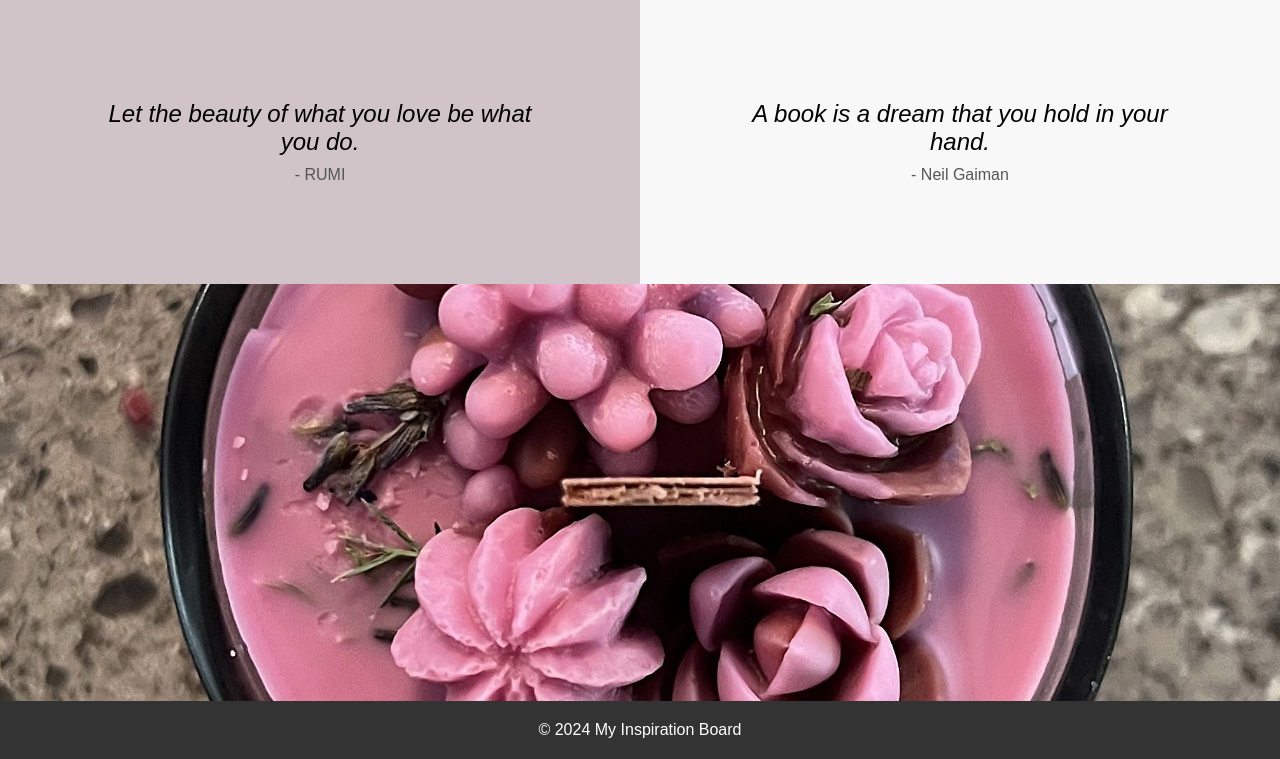
Repository: Brittany-Westlund/MART341-WebDesign
Page: WebDesignHomework/Assignment10/index.html
The author's editor kept a copy of each file at every save. The page is drawn from the files as they stood at one save, then again after the next save.
The browser window is 1280 px wide. The pictures show the part of the page from y = 538 to 1297 px (the page is 1297 px tall before and 1277 px after).

Above is the page before, as saved 2024-10-27 22:33:29.

### WebDesignHomework/Assignment10/index.html
<!DOCTYPE html>
<html lang="en">
<head>
    <meta charset="UTF-8">
    <meta name="viewport" content="width=device-width, initial-scale=1.0">
    <title>My Inspiration Board</title>
    <link rel="stylesheet" href="style/style.css">
</head>
<body>
    <nav>
        <ul>
            <li><a href="contact.html">CONTACT</a></li>
            <li><a href="index.html">INSPIRATION</a></li>
            <li><a href="about.html">ABOUT</a></li>
        </ul>
    </nav>


    <div class="banner">INSPIRATION</div>

<!-- Full-width video section -->
<div>
    <video class="full-width-video" autoplay muted loop>
        <source src="videos/journaling-video.mp4" type="video/mp4">
        Your browser does not support the video tag.
    </video>
</div>

    <div class="two-column-block">
        <div class="left-section">
            <blockquote>Let the beauty of what you love be what you do.</blockquote>
            <p id="quote-author">- RUMI</p>
        </div>
        <div class="right-section">
            <blockquote>A book is a dream that you hold in your hand.</blockquote>
            <p id="quote-author">- Neil Gaiman</p>
        </div>
    </div>

    <!-- Full-width image section -->
    <div>
        <img class="banner-image" src="images/succulent_candle_topview_banner.jpg">
    </div>

    <footer>
        &copy; 2024 My Inspiration Board
    </footer>
</body>
</html>

### WebDesignHomework/Assignment10/style/style.css
/* Reset default styles */
* {
    margin: 0;
    padding: 0;
    box-sizing: border-box;
}

body {
    font-family: Arial, sans-serif;
}

/* Navigation styling */
nav {
    background-color: #fefefe;
    padding: 10px;
    text-align: center;
}

nav ul {
    list-style-type: none;
    display: flex;
    justify-content: center;
    gap: 20px;
}

nav ul li a {
    color: #000;
    text-decoration: none;
    font-weight: bold;
}

/* Banner styling */
.banner {
    height: 200px;
    background-color: #333;
    color: white;
    display: flex;
    align-items: center;
    justify-content: center;
    font-size: 3.3em;
    text-align: center;
    letter-spacing: 0.3em;
}

/* Banner image styling */
.banner-image {
    width: 100%;
    height: auto;
    display: block;
}

/* Two-column block styling */
.two-column-block {
    display: flex;
}

.two-column-block div {
    flex: 1;
    padding: 100px;
    text-align: center;
}

.left-section {
    background-color: #d1c4c9;
}

.right-section {
    background-color: #f8f8f8;
}

/* Styling for blockquote and author */
blockquote {
    font-size: 1.5em;
    font-style: italic;
    margin-bottom: 10px;
}

#quote-author {
    font-size: 1em;
    color: #555;
    margin-top: 5px;
}

/* Full-width video styling */
.full-width-video {
    width: 100%;
    height: 300px;
    object-fit: cover;
    display: block;
}

/* Footer styling */
footer {
    background-color: #333;
    color: white;
    text-align: center;
    padding: 20px;
}

After the next save:
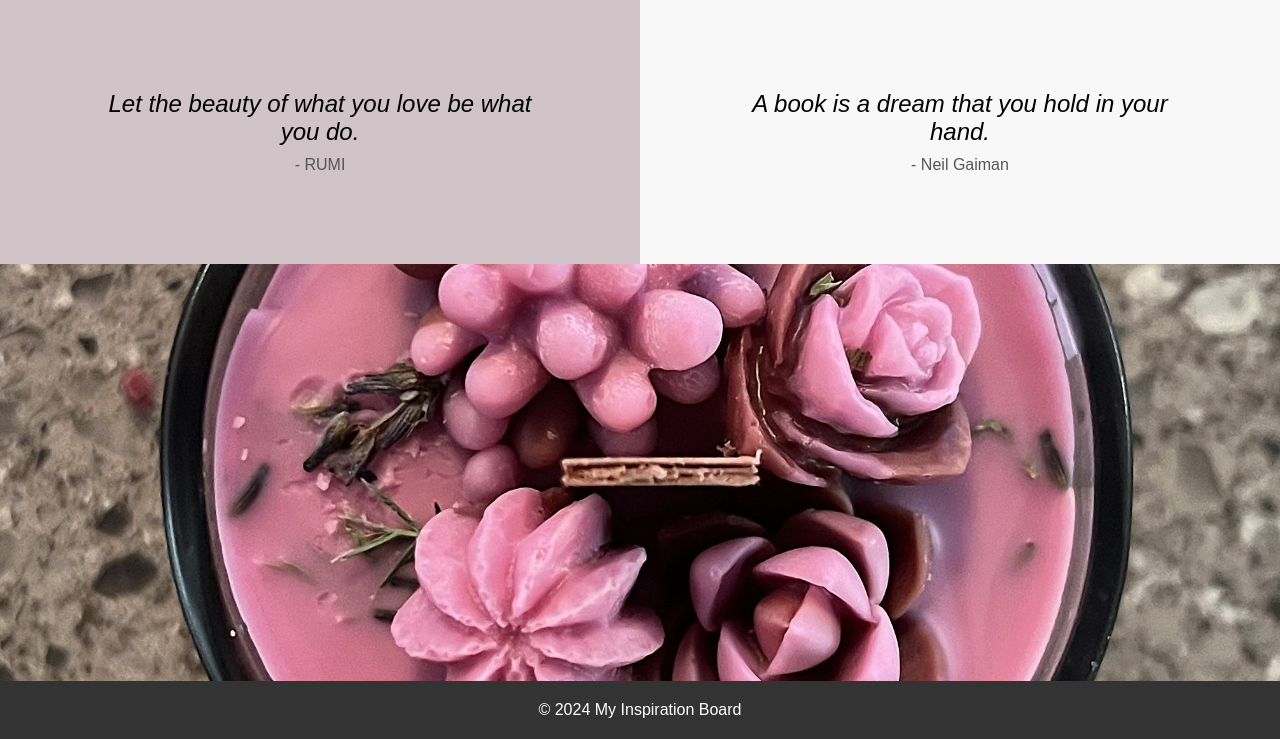
Saved 15 s later.
--- a/WebDesignHomework/Assignment10/style/style.css
+++ b/WebDesignHomework/Assignment10/style/style.css
@@ -56,7 +56,7 @@ nav ul li a {
 
 .two-column-block div {
     flex: 1;
-    padding: 100px;
+    padding: 90px;
     text-align: center;
 }
 
